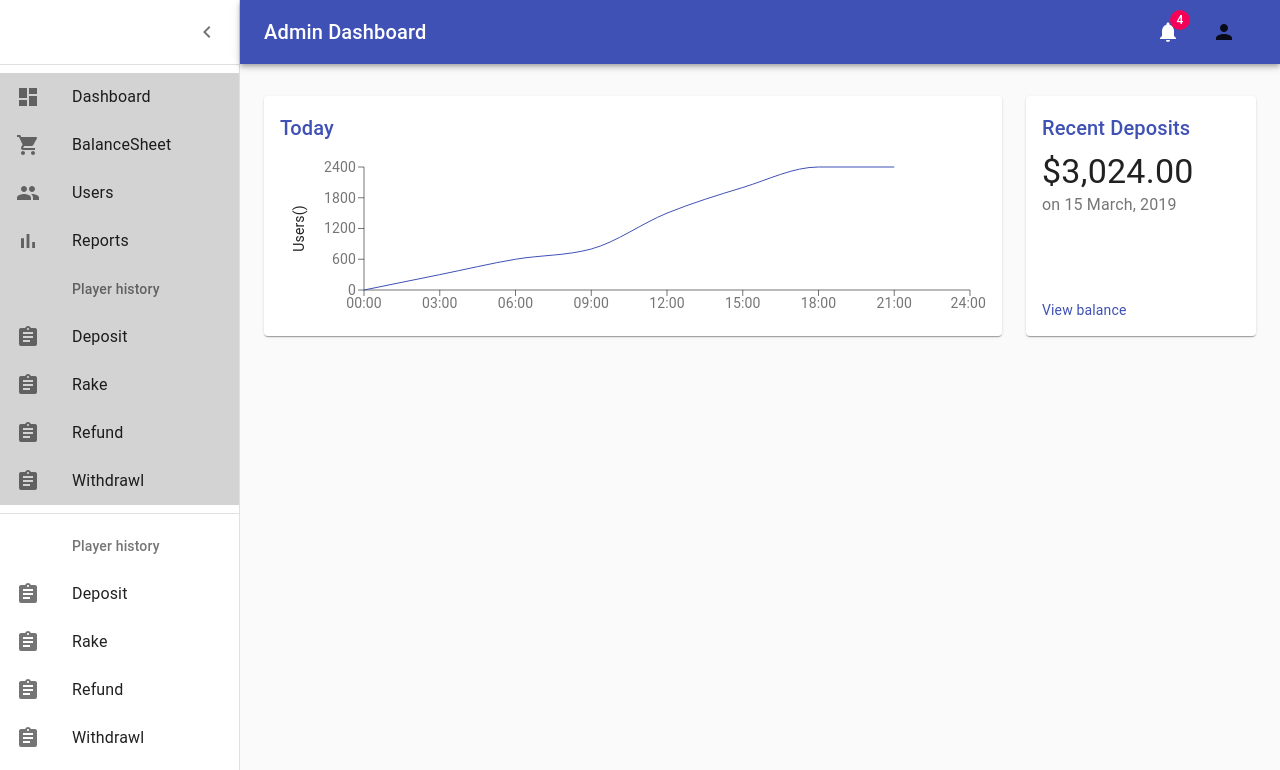
Repository: imayankbisht/ludofrontend
Page: /Dashboard
An editor plug-in stored every save of this project. The page is shown before and after a run of saves, followed by the edit.
The browser window is 1280 px wide. The pictures show the whole page.
The project was rebuilt for these pictures with package versions that can differ from the ones it lists, and the page was loaded fresh each time. Also part of the build but not shown: src/axios.js, src/components/login.js.

Above is the page before, as saved 2021-01-16 14:16:27.

After the next 3 saves:
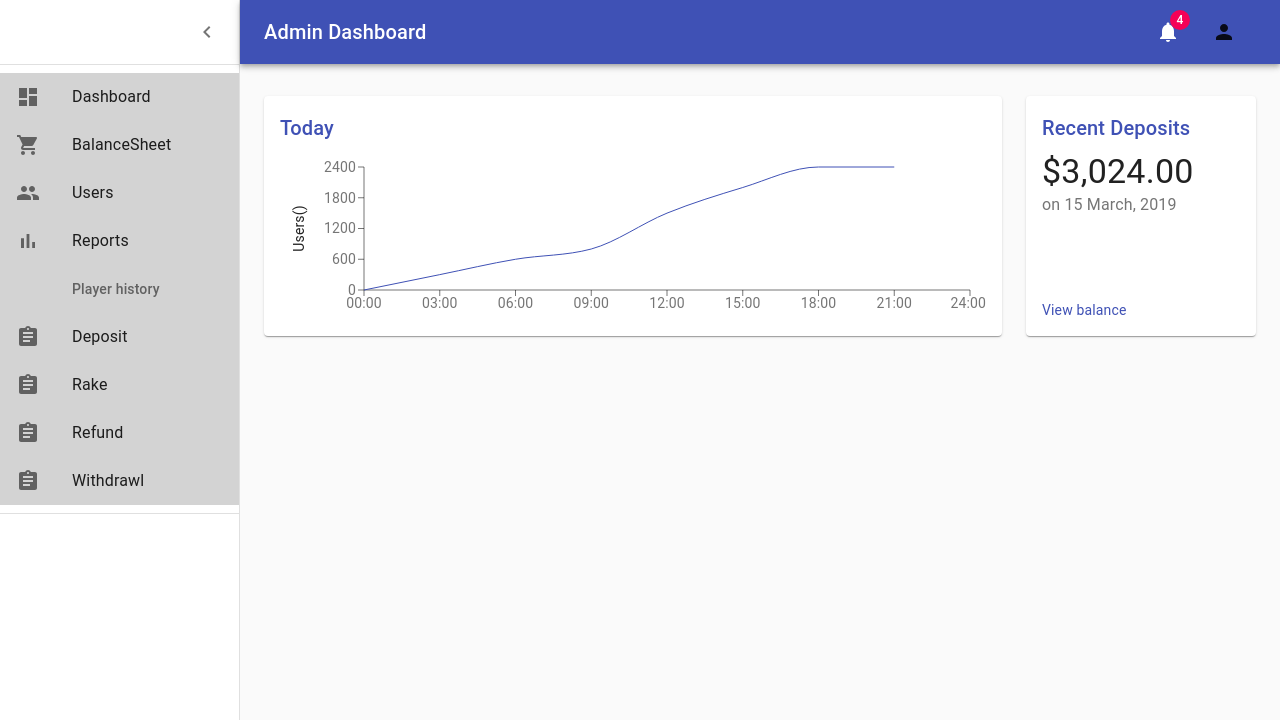
The 3 saves are shown as one change because 2 did not build or start.
The last was saved 104 s later.
--- a/src/components/Dashboard.js
+++ b/src/components/Dashboard.js
@@ -18,7 +18,7 @@ import Paper from '@material-ui/core/Paper';
 import MenuIcon from '@material-ui/icons/Menu';
 import ChevronLeftIcon from '@material-ui/icons/ChevronLeft';
 import NotificationsIcon from '@material-ui/icons/Notifications';
-import { mainListItems, secondaryListItems } from './listItems';
+import { mainListItems} from './listItems';
 import Chart from './Chart';
 import Deposits from './Deposits';
 import MenuItem from "@material-ui/core/MenuItem";
@@ -238,7 +238,7 @@ const useStyles = makeStyles((theme) => ({
         <Divider />
         <List>{mainListItems}</List>
         <Divider />
-        <List>{secondaryListItems}</List>
+        {/* <List>{secondaryListItems}</List> */}
       </Drawer>
       <main className={classes.content}>
         <div className={classes.appBarSpacer} />
--- a/src/components/listItems.js
+++ b/src/components/listItems.js
@@ -69,32 +69,32 @@ export const mainListItems = (
 
 );
 
-export const secondaryListItems = (
-  <div>
-    <ListSubheader inset>Player history</ListSubheader>
-    <ListItem button>
-      <ListItemIcon>
-        <AssignmentIcon />
-      </ListItemIcon>
-      <ListItemText primary="Deposit" />
-    </ListItem>
-    <ListItem button>
-      <ListItemIcon>
-        <AssignmentIcon />
-      </ListItemIcon>
-      <ListItemText primary="Rake" />
-    </ListItem>
-    <ListItem button>
-      <ListItemIcon>
-        <AssignmentIcon />
-      </ListItemIcon>
-      <ListItemText primary="Refund" />
-    </ListItem>
-    <ListItem button>
-      <ListItemIcon>
-        <AssignmentIcon />
-      </ListItemIcon>
-      <ListItemText primary="Withdrawl" />
-    </ListItem>
-  </div>
-);
+// export const secondaryListItems = (
+//   <div>
+//     <ListSubheader inset>Player history</ListSubheader>
+//     <ListItem button>
+//       <ListItemIcon>
+//         <AssignmentIcon />
+//       </ListItemIcon>
+//       <ListItemText primary="Deposit" />
+//     </ListItem>
+//     <ListItem button>
+//       <ListItemIcon>
+//         <AssignmentIcon />
+//       </ListItemIcon>
+//       <ListItemText primary="Rake" />
+//     </ListItem>
+//     <ListItem button>
+//       <ListItemIcon>
+//         <AssignmentIcon />
+//       </ListItemIcon>
+//       <ListItemText primary="Refund" />
+//     </ListItem>
+//     <ListItem button>
+//       <ListItemIcon>
+//         <AssignmentIcon />
+//       </ListItemIcon>
+//       <ListItemText primary="Withdrawl" />
+//     </ListItem>
+//   </div>
+// );
